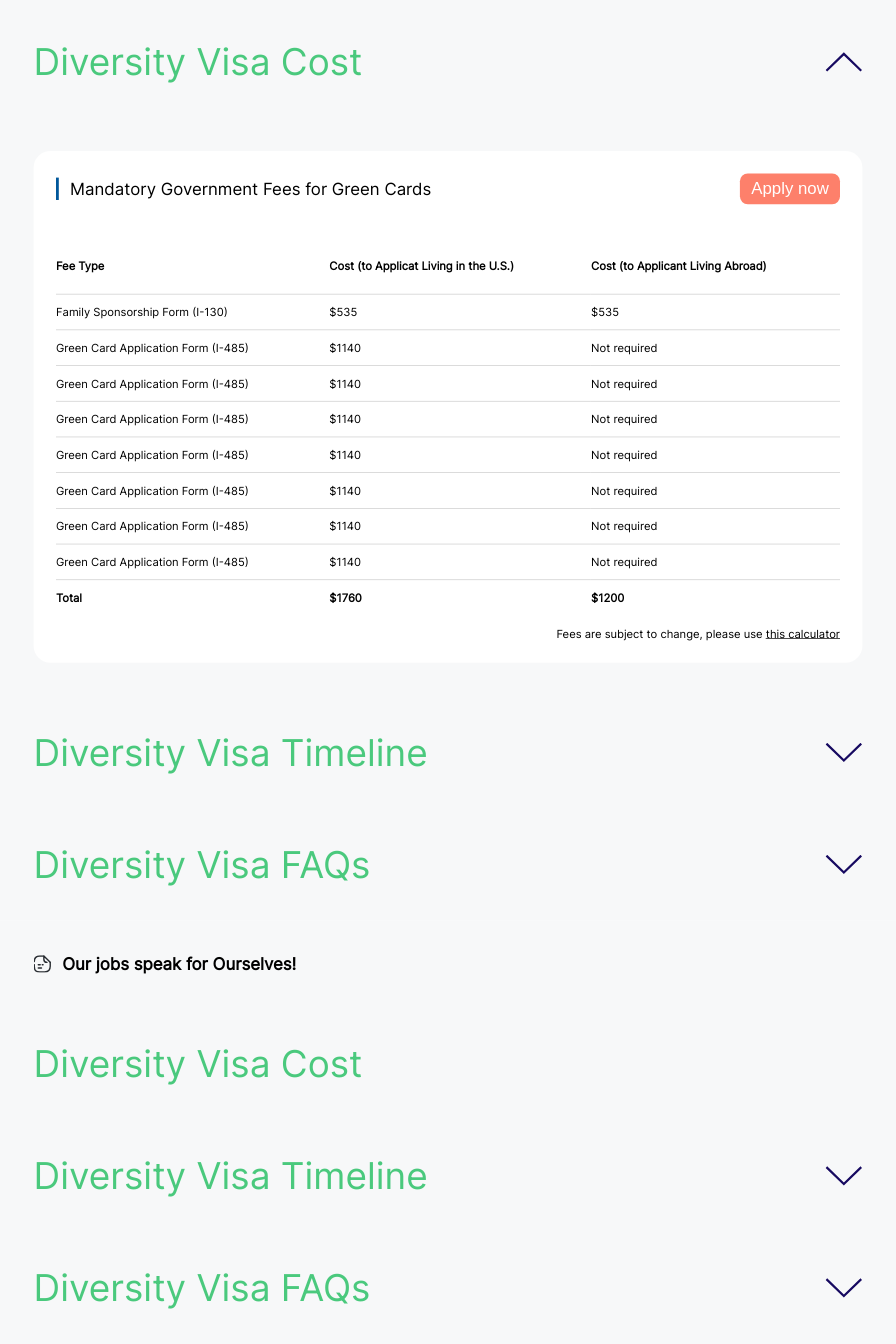
Repository: switch247/small_ui
Page: /
These files come from the project's save history. The page is drawn as it stood at one moment and after the next save; the edit follows.
The browser window is 1280 px wide. The pictures show the part of the page from y = 1024 to 2944 px (the page is 2944 px tall before and 2388 px after), at 70% of full size.
The project was rebuilt for these pictures with package versions that can differ from the ones it lists, and the page was loaded fresh each time. Also part of the build but not shown: src/css/components/Testmonials.css.

Above is the page before, as saved 2023-10-12 17:46:32.

### src/index.css
@font-face {
  font-family: Inter;
  src: url("./assets/fonts/Inter-Regular.ttf");
}

body {
  margin: 0;
  font-family: Inter;
}

code {
  font-family: source-code-pro, Menlo, Monaco, Consolas, "Courier New",
    monospace;
}

:root {
  --Verde: #4ac97d;
  --Dark_Blue: #1f3655;
  --Darker_Blue: #011527;
  --Cinza_Cairo: #e8e7e7;
  --Cinza_Cairo_2: #cdcbcb;
  --Azul_Escuro: #01264a;
  --Orange: #fd806b;
}

### src/App.tsx
import React from "react";
import "./App.css";
import Home from "./components/Home";
import TableView from "./components/Table";
import Description from "./components/Description";
import Testmonials from "./components/Testmonials";

function App() {
  return (
    <div className="App">
      <Home />
      <Description />
      <Testmonials />
    </div>
  );
}

export default App;

### src/App.css
html {
  position: relative;
}

.App {
  height: 100%;
}

### src/components/Home.tsx
import React from "react";
import BorderdButton from "../elements/BorderdButton";
import "../css/components/Home.css";
import GreenCard from "./GreenCard";
import NumberCard from "../elements/NumberCard";

const Home = () => {
  return (
    <>
      <div className="app__background"></div>
      <main className="main">
        <header className="app__header">
          <img className="gov_assist_logo" src="/images/Govassist.png" alt="" />
          <BorderdButton text="Live Chat" color="white" />
        </header>
        <div className="main__container">
          <div className="main__left__contianer">
            <div className="main__left__title">
              Win the right to live{" "}
              <span style={{ color: "white" }}>
                {" "}
                <br /> in the USA!
              </span>
            </div>
            <div className="main__left__small_container">
              <div className="edge"></div>
              <div className="main__left__desc">
                The official deadline <br />
                is running, so hurry <br />
                up and{" "}
                <span
                  style={{ textDecoration: "underline", cursor: "pointer" }}
                >
                  apply here!
                </span>
              </div>
              <div className="number__list__container">
                <div>
                  <NumberCard number={27} desc="DAYS" />
                </div>
                <div>
                  <NumberCard number={24} desc="HOURS" />
                </div>
                <div>
                  <NumberCard number={60} desc="MINUTES" />
                </div>
                <div>
                  <NumberCard number={27} desc="SECONDS" />
                </div>
              </div>
            </div>
            <div className="main__left__lists">
              <div className="list">
                <img
                  className="list__img"
                  src="/images/🦆 icon _people_.svg"
                  alt=""
                />
                <div className="list__desc">
                  50,000 people and their families will Live, Work and Study in
                  USA.
                </div>
              </div>
              <div className="list">
                <img
                  className="list__img"
                  src="/images/🦆 icon _medal star_.svg"
                  alt=""
                />
                <div className="list__desc">
                  OFFICIAL USA Governmental program.
                </div>
              </div>
              <div className="list">
                <img
                  className="list__img"
                  src="/images/🦆 icon _wallet check_.svg"
                  alt=""
                />
                <div className="list__desc">
                  Your chance to LIVE, WORK & STUDY in USA.
                </div>
              </div>
              <div className="list">
                <img
                  className="list__img"
                  src="/images/🦆 icon _clock_.svg"
                  alt=""
                />
                <div className="list__desc">
                  Simple registration within 5 minutes.
                </div>
              </div>
              <div className="list">
                <img
                  className="list__img"
                  src="/images/🦆 icon _message_.svg"
                  alt=""
                />
                <div className="list__desc">
                  Personal support in every step.
                </div>
              </div>
              <div className="list">
                <img
                  className="list__img"
                  src="/images/🦆 icon _lovely_.svg"
                  alt=""
                />
                <div className="list__desc">
                  Double chance for married people to win the Green Card.
                </div>
              </div>
            </div>
          </div>
          <div className="main__right__contianer">
            <GreenCard />
          </div>
        </div>
      </main>
    </>
  );
};

export default Home;

### src/components/Description.tsx
import { useState } from "react";
import TableView from "./Table";
import "../css/components/Description.css";

const Description = () => {
  const [dropDownState, setDropDownState] = useState(true);
  let img_src = dropDownState ? "/images/up.svg" : "/images/down.svg";
  return (
    <div className="description__container">
      <div className="description__title_img">
        <img src="/images/🦆 icon _document text_.svg" alt="" />
        <div className="description__title">Find the right visa for you!</div>
      </div>
      <div className="description__dropdowns">
        <div className="dropdown">
          <div
            className="dropdown__clickable"
            onClick={() => {
              setDropDownState((dropDownState) => !dropDownState);
            }}
          >
            <div className="dropdown__title">Diversity Visa Cost</div>
            <img className="dropdown__img" src={img_src} alt="" />
          </div>
          {dropDownState ? <TableView /> : null}
        </div>
        <div className="dropdown">
          <div className="dropdown__clickable">
            <div className="dropdown__title">Diversity Visa Timeline</div>
            <img className="dropdown__img" src={"/images/down.svg"} alt="" />
          </div>
        </div>
        <div className="dropdown">
          <div className="dropdown__clickable">
            <div className="dropdown__title">Diversity Visa FAQs</div>
            <img className="dropdown__img" src={"/images/down.svg"} alt="" />
          </div>
        </div>
      </div>
    </div>
  );
};

export default Description;

### src/components/Testmonials.tsx
import { useState } from "react";

const Testmonials = () => {
  return (
    <div className="description__container">
      <div className="description__title_img">
        <img src="/images/🦆 icon _document text_.svg" alt="" />
        <div className="description__title">Our jobs speak for Ourselves!</div>
      </div>
      <div className="description__dropdowns">
        <div className="dropdown">
          <div className="dropdown__clickable">
            <div className="dropdown__title">Diversity Visa Cost</div>
            <img className="dropdown__img" src={""} alt="" />
          </div>
        </div>
        <div className="dropdown">
          <div className="dropdown__clickable">
            <div className="dropdown__title">Diversity Visa Timeline</div>
            <img className="dropdown__img" src={"/images/down.svg"} alt="" />
          </div>
        </div>
        <div className="dropdown">
          <div className="dropdown__clickable">
            <div className="dropdown__title">Diversity Visa FAQs</div>
            <img className="dropdown__img" src={"/images/down.svg"} alt="" />
          </div>
        </div>
      </div>
    </div>
  );
};

export default Testmonials;

### src/elements/BorderdButton.tsx
import React from "react";
import "../css/elements/elements.css";

interface Props {
  borderColor?: string;
  text: string;
  color?: string;
  fontSize?: number;
}
const BorderdButton: React.FC<Props> = ({
  text,
  color,
  borderColor,
  fontSize,
}) => {
  return (
    <button
      className="borderd__button"
      style={{ color: color, borderColor: borderColor, fontSize: fontSize }}
    >
      {text}
    </button>
  );
};

export default BorderdButton;

### src/css/components/Home.css
html {
  position: relative;
  font-family: Inter;
}

.App {
  height: 100%;
}

.app__background {
  position: absolute;
  top: 0;
  left: 0;
  z-index: -9;
  background: url("../../../public/images/background.gif");
  background-repeat: no-repeat;
  background-size: cover;
  background-clip: border-box;
  width: 100%;
  height: 100vh;
}

.app__header {
  display: flex;
  background-color: var(--Dark_Blue);
  justify-content: space-between;
  align-items: center;
  padding: 0.5rem 2rem;
  margin: 2rem 3rem;
  border-top-right-radius: 0.7rem;
  border-bottom-right-radius: 0.7rem;
  border-top-left-radius: 0.7rem;
  border-bottom-left-radius: 0.7rem;
}
.gov_assist_logo {
  width: 10rem;
  aspect-ratio: 2/1;
}

.main__container {
  /* width: 100%; */
  display: flex;
  /* gap: 2rem; */
  margin: 3rem;
  justify-content: space-between;
}

.main__left__contianer {
  display: flex;
  flex-direction: column;
  gap: 2rem;
  flex: 1;
}
.main__left__title {
  font-size: 4rem;
  font-style: normal;
  font-weight: 700;
  color: var(--Verde);
}
.main__left__small_container {
  display: flex;
  justify-content: flex-start;
  align-items: center;
  gap: 1rem;
}
.edge {
  width: 5px;
  height: 4.5rem;
  background-color: #d9d9d9;
}
.number__list__container {
  display: flex;
  gap: 0.5rem;
}
.main__left__desc {
  font-size: 1.5rem;
  font-weight: 500;
  color: white;
}
.main__left__lists {
  display: flex;
  flex-direction: column;
  gap: 1rem;
}
.list {
  display: flex;
  gap: 1rem;
}
.list__img {
  width: 1.4rem;
  aspect-ratio: 1/1;
}
.list__desc {
  color: white;
}
.main__right__contianer {
  flex: 1;
  display: flex;
  justify-content: flex-end;
}

### src/components/GreenCard.tsx
import CustomInput from "../elements/CustomInput";
import "../css/components/GreenCard.css";
import CurvedButton from "../elements/CurvedButton";

const GreenCard = () => {
  return (
    <div className="card__container">
      <div className="small__title">
        <img className="arrow_image" src="/images/right_arrow.svg" alt="" />
        <div className="small_title_1">Check now for free</div>
      </div>
      <div className="main__title">Green card eligibility</div>
      <div className="card__name">
        <CustomInput placeholder="First Name" />
        <CustomInput placeholder="Last Name" />
      </div>
      <div className="card__email">
        <CustomInput placeholder="Email Address" />
        <CustomInput placeholder="Your email" />
      </div>
      <div className="card__country">
        <CustomInput placeholder="Your country of birth" />
      </div>

      <div className="card__marital">
        <CustomInput placeholder="Marital status" />
      </div>
      <div className="card_check">
        <input className="checkbox" type="checkbox" />
        <div>Yes, I finished high school OR I have qualifying training.</div>
      </div>
      <div className="card__continue">
        <CurvedButton
          text="Continue"
          color="white"
          backgroundColor="##4AC97D"
          fontSize={20}
        />
      </div>
    </div>
  );
};

export default GreenCard;

### src/elements/NumberCard.tsx
import React from "react";

interface Props {
  number: number;
  desc: string;
}
const NumberCard: React.FC<Props> = ({ number, desc }) => {
  return (
    <div className="number__container">
      <div className="number">{number}</div>
      <div className="desc">{desc}</div>
    </div>
  );
};

export default NumberCard;

### src/components/Table.tsx
import React from "react";
import "../css/components/Table.css";
import CurvedButton from "../elements/CurvedButton";

interface Props {}

const TableView: React.FC<Props> = () => {
  return (
    <div className="tableview__container">
      <div className="tableview__header">
        <div className="left__coint"></div>
        <div className="tableview__title">
          Mandatory Government Fees for Green Cards
        </div>
        <div className="tableview__curved__btn">
          <CurvedButton
            text="Apply now"
            color="white"
            backgroundColor="#fd806b"
            fontSize={24}
          />
        </div>
      </div>
      <table>
        <thead>
          <tr>
            <th>Fee Type</th>
            <th>Cost (to Applicat Living in the U.S.)</th>
            <th>Cost (to Applicant Living Abroad)</th>
          </tr>
        </thead>
        <tbody>
          <tr>
            <td>Family Sponsorship Form (I-130)</td>
            <td>$535</td>
            <td>$535</td>
          </tr>
          <tr>
            <td>Green Card Application Form (I-485)</td>
            <td>$1140</td>
            <td>Not required</td>
          </tr>
          <tr>
            <td>Green Card Application Form (I-485)</td>
            <td>$1140</td>
            <td>Not required</td>
          </tr>
          <tr>
            <td>Green Card Application Form (I-485)</td>
            <td>$1140</td>
            <td>Not required</td>
          </tr>
          <tr>
            <td>Green Card Application Form (I-485)</td>
            <td>$1140</td>
            <td>Not required</td>
          </tr>
          <tr>
            <td>Green Card Application Form (I-485)</td>
            <td>$1140</td>
            <td>Not required</td>
          </tr>
          <tr>
            <td>Green Card Application Form (I-485)</td>
            <td>$1140</td>
            <td>Not required</td>
          </tr>
          <tr>
            <td>Green Card Application Form (I-485)</td>
            <td>$1140</td>
            <td>Not required</td>
          </tr>
          <tr>
            <td className="footer">Total</td>
            <td className="footer">$1760</td>
            <td className="footer">$1200</td>
          </tr>
        </tbody>
      </table>
      <div className="table__footer__note">
        Fees are subject to change, please use{" "}
        <span style={{ textDecoration: "underline", cursor: "pointer" }}>
          this calculator
        </span>
      </div>
    </div>
  );
};

export default TableView;

### src/css/components/Description.css
.description__container {
  background-color: #f7f8f9;
}
.dropdown__img {
  width: 3.3rem;
}
.dropdown__title {
  font-size: 3.3rem;
  color: #4ac97d;
}
.dropdown__clickable {
  display: flex;
  align-items: center;
  justify-content: space-between;
  padding: 3rem;
}

.description__title_img {
  display: flex;
  align-items: center;
  justify-content: start;
  gap: 1rem;
  padding: 3rem;
  font-weight: 700;
  font-size: 1.5rem;
}

### src/css/elements/elements.css
.curved__button {
  background-color: var(--Verde);
  outline: none;
  border: none;
  border-top-right-radius: 0.7rem;
  border-bottom-right-radius: 0.7rem;
  border-top-left-radius: 0.7rem;
  border-bottom-left-radius: 0.7rem;
  padding: 0.5rem 1rem;
  transition: all 200ms linear;
  cursor: pointer;
  flex: 1;
}

.curved__button:hover {
  background-color: var(--Verde);
}

.borderd__button {
  outline: none;
  border: 2px solid var(--Cinza_Cairo);
  border-top-right-radius: 0.3rem;
  border-bottom-right-radius: 0.3rem;
  border-top-left-radius: 0.3rem;
  border-bottom-left-radius: 0.3rem;
  padding: 0.7rem 1.2rem;
  transition: all 200ms linear;
  cursor: pointer;
  background-color: rgba(255, 255, 255, 0);
}

.custom_input {
  border: none;
  border-top-right-radius: 0.5rem;
  border-bottom-right-radius: 0.5rem;
  border-top-left-radius: 0.5rem;
  border-bottom-left-radius: 0.5rem;
  font-style: italic;
  padding: 0.7rem 0.7rem;
  background-color: var(--Cinza_Cairo);
  flex: 1;
  font-size: 1.2rem;
}
.custom_input:focus {
  outline: none;
}

.custom_input::placeholder {
  font-style: italic;
  color: var(--Cinza_Cairo_2);
  font-weight: 200;
  font-family: Inter;
}

.number__container {
  width: fit-content;
  display: flex;
  flex-direction: column;
  align-items: center;
  padding: 0.5rem 1rem;
  border-top-right-radius: 0.7rem;
  border-bottom-right-radius: 0.7rem;
  border-top-left-radius: 0.7rem;
  border-bottom-left-radius: 0.7rem;
  background-color: #080f1a;
}
.number {
  font-size: 2rem;
  font-weight: 800;
  color: white;
}
.desc {
  font-size: 0.7rem;
  font-weight: 300;
  color: #a5deff;
}

### src/elements/CustomInput.tsx
import React from "react";
import "../css/elements/elements.css";

interface Props {
  placeholder?: string;
  color?: string;
  placholderColor?: string;
  fontSize?: number;
}
const CustomInput: React.FC<Props> = ({
  color,
  placeholder,
  placholderColor,
}) => {
  return (
    <input
      className="custom_input"
      type="text"
      placeholder={placeholder}
      color={color}
    />
  );
};

export default CustomInput;

### src/css/components/GreenCard.css
.card__container {
  /* width: 40%; */
  width: fit-content;
  background-color: white;
  padding: 2.2rem;
  display: flex;
  flex-direction: column;
  align-items: center;
  justify-content: center;
  gap: 1.5rem;
  border-radius: 50px;
}
.small__title {
  display: flex;
  align-self: start;
  align-items: center;
  gap: 1rem;
  color: var(--Verde);
  font-weight: 600;
  font-size: 1.2rem;
}
.arrow_image {
  width: 1.4rem;
  aspect-ratio: 1/1;
}
.small_title_1 {
}
.checkbox {
  border: 4px solid black;
  border-radius: 4px;
}
.main__title {
  font-size: 48px;
  font-weight: 700;
}
.card__name {
  display: flex;
  width: 100%;
  gap: 0.5rem;
  justify-content: space-between;
}
.card__email {
  display: flex;
  width: 100%;
  gap: 0.5rem;
  justify-content: space-between;
}
.card__country {
  width: 100%;
  display: flex;
}

.card__marital {
  width: 100%;
  display: flex;
}

.card_check {
  align-self: flex-start;
  display: flex;
  gap: 1rem;
}
.card__continue {
  width: 100%;
  display: flex;
}

### src/elements/CurvedButton.tsx
import React from "react";
import "../css/elements/elements.css";

interface Props {
  backgroundColor?: string;
  text: string;
  color?: string;
  fontSize?: number;
}
const CurvedButton: React.FC<Props> = ({
  backgroundColor,
  color,
  text,
  fontSize,
}) => {
  return (
    <button
      className="curved__button"
      style={{
        backgroundColor: backgroundColor,
        color: color,
        fontSize: fontSize,
      }}
    >
      {text}
    </button>
  );
};

export default CurvedButton;

### src/css/components/Table.css
.tableview__container {
  /* width: 100%; */
  margin: 3rem;
  padding: 2rem;
  background-color: white;
  border-top-right-radius: 1.5rem;
  border-bottom-right-radius: 1.5rem;
  border-top-left-radius: 1.5rem;
  border-bottom-left-radius: 1.5rem;
}
.tableview__header {
  display: flex;
  justify-content: flex-start;
  align-items: center;
  gap: 1rem;
  margin-bottom: 3rem;
}
.tableview__title {
  flex-grow: 1;
  font-size: 1.5rem;
  font-weight: 500;
}
.tableview__curved__btn {
  align-self: flex-end;
}
.left__coint {
  width: 4px;
  height: 2rem;
  background-color: #00579b;
}
table {
  border-collapse: collapse;
  width: 100%;
}
th {
  align-self: flex-start;
}
th,
td {
  text-align: start;
}

th {
  padding: 30px 0px;
}
td {
  padding: 15px 0px;
  font-weight: 300;
}
table td {
  border-top: 1px solid #ccc;
  margin: 1rem;
}

.footer {
  /* padding: 30px 0px; */
  font-weight: bold;
}

.table__footer__note {
  text-align: end;
  font-weight: 300;
  padding-top: 1rem;
}

Loaded but not shown: public/index.html (common file); src/index.tsx (common file)

After the next save:
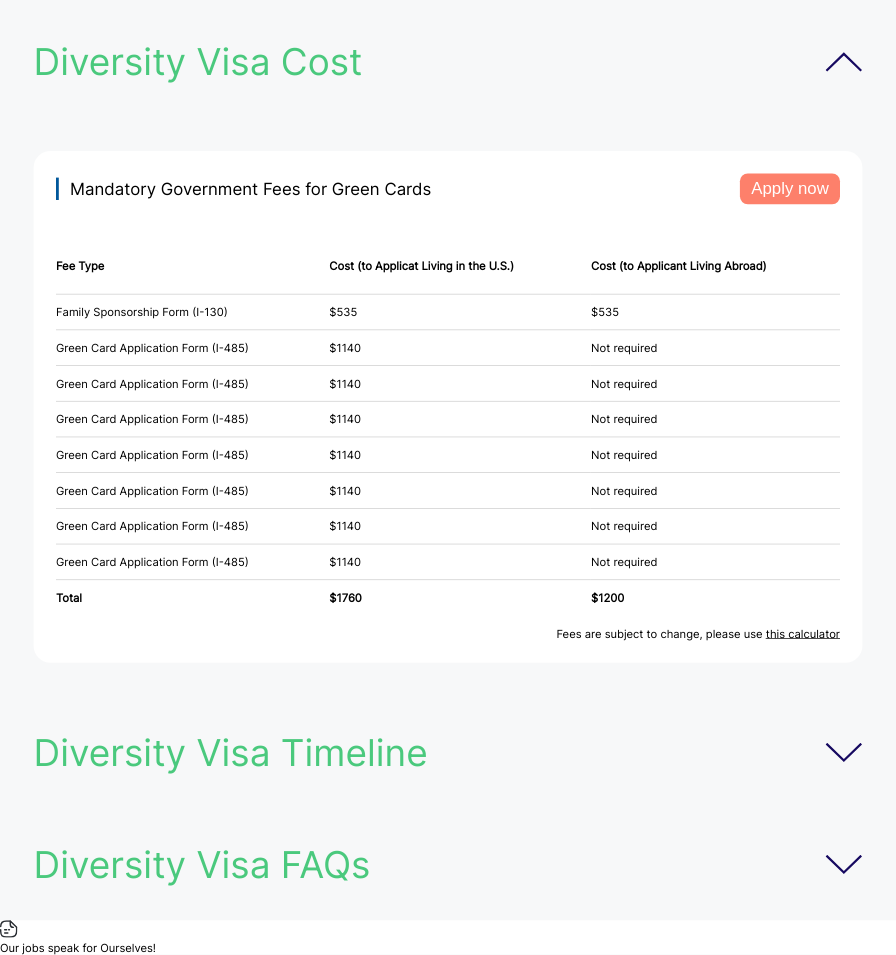
Saved 17 s later.
--- a/src/components/Testmonials.tsx
+++ b/src/components/Testmonials.tsx
@@ -1,31 +1,12 @@
 import { useState } from "react";
+import "../css/components/Testmonials.css";
 
 const Testmonials = () => {
   return (
-    <div className="description__container">
-      <div className="description__title_img">
+    <div className="testmonial__container">
+      <div className="testmonial__title_img">
         <img src="/images/🦆 icon _document text_.svg" alt="" />
-        <div className="description__title">Our jobs speak for Ourselves!</div>
-      </div>
-      <div className="description__dropdowns">
-        <div className="dropdown">
-          <div className="dropdown__clickable">
-            <div className="dropdown__title">Diversity Visa Cost</div>
-            <img className="dropdown__img" src={""} alt="" />
-          </div>
-        </div>
-        <div className="dropdown">
-          <div className="dropdown__clickable">
-            <div className="dropdown__title">Diversity Visa Timeline</div>
-            <img className="dropdown__img" src={"/images/down.svg"} alt="" />
-          </div>
-        </div>
-        <div className="dropdown">
-          <div className="dropdown__clickable">
-            <div className="dropdown__title">Diversity Visa FAQs</div>
-            <img className="dropdown__img" src={"/images/down.svg"} alt="" />
-          </div>
-        </div>
+        <div className="testmonial__title">Our jobs speak for Ourselves!</div>
       </div>
     </div>
   );
